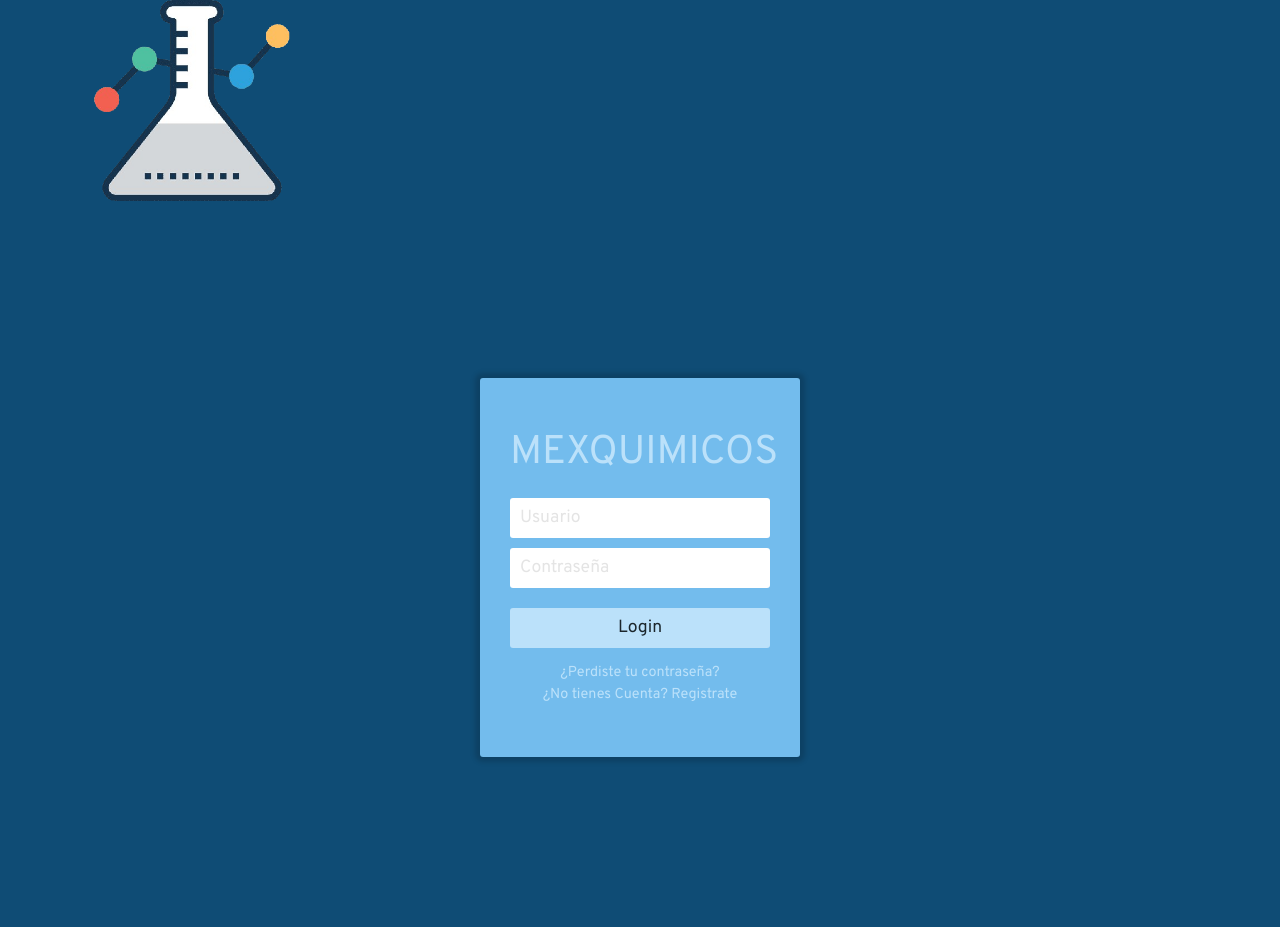
Repository: iDiv3r/MexiQuimicosIsay
Page: Index.html
The author's editor kept a copy of each file at every save. The page is drawn from the files as they stood at one save, then again after the next save.
The browser window is 1280 px wide. The pictures show the whole page.

Above is the page before, as saved 2023-11-26 16:08:44.

### Index.html
<!doctype html>
<html lang="es">

    <head>

        <meta charset="utf-8">

        <title> Formulario de Acceso </title>

        <meta name="viewport" content="width=device-width, initial-scale=1.0">
        <meta name="author" content="Videojuegos & Desarrollo">
        <meta name="description" content="Muestra de un formulario de acceso en HTML y CSS">
        <meta name="keywords" content="Formulario Acceso, Formulario de LogIn">

        <link href="https://fonts.googleapis.com/css?family=Nunito&display=swap" rel="stylesheet">
        <link href="https://fonts.googleapis.com/css?family=Overpass&display=swap" rel="stylesheet">
        <link rel="stylesheet" href="css/login.css">

        <style type="text/css">

        </style>

        <script type="text/javascript">

        </script>

    </head>
    <body>
        <img src="img/L1.png" alt="logo" class="logo">
        <div id="contenedor">
            <div id="central">
                <div id="login">
                    <div class="titulo">
                        MEXQUIMICOS
                    </div>
                    <form action="Controller.php" method="post">
                        <input type="text" name="txtCorreo" placeholder="Usuario" required>
                        <input type="password" placeholder="Contraseña" name="txtPass" required>
                        <button type="submit" title="Ingresar" name="btnIng">Login</button>
                    </form>
                    <div class="pie-form">
                        <a href="#">¿Perdiste tu contraseña?</a>
                        <a href="#">¿No tienes Cuenta? Registrate</a>
                    </div>
                </div>
            </div>
        </div>
    </body>
</html>

### css/login.css
body {
    font-family: 'Overpass', sans-serif;
    font-weight: normal;
    font-size: 100%;
    color: #9bcee9;

    margin: 0;
    background-color: #0f4c75;
}

#contenedor {
    display: flex;
    align-items: center;
    justify-content: center;

    margin: 0;
    padding: 0;
    min-width: 100vw;
    min-height: 100vh;
    width: 100%;
    height: 100%;
}

#central {
    max-width: 320px;
    width: 100%;
}

.titulo {
    font-size: 250%;
    color:#bbe1fa;
    text-align: center;
    margin-bottom: 20px;
}

#login {
    width: 100%;
    padding: 50px 30px;
    background-color: #73bced;

    -webkit-box-shadow: 0px 0px 5px 5px rgba(0,0,0,0.15);
    -moz-box-shadow: 0px 0px 5px 5px rgba(0,0,0,0.15);
    box-shadow: 0px 0px 5px 5px rgba(0,0,0,0.15);

    border-radius: 3px 3px 3px 3px;
    -moz-border-radius: 3px 3px 3px 3px;
    -webkit-border-radius: 3px 3px 3px 3px;

    box-sizing: border-box;
}

#login input {
    font-family: 'Overpass', sans-serif;
    font-size: 110%;
    color: #1b262c;

    display: block;
    width: 100%;
    height: 40px;

    margin-bottom: 10px;
    padding: 5px 5px 5px 10px;

    box-sizing: border-box;

    border: none;
    border-radius: 3px 3px 3px 3px;
    -moz-border-radius: 3px 3px 3px 3px;
    -webkit-border-radius: 3px 3px 3px 3px;
}

#login input::placeholder {
    font-family: 'Overpass', sans-serif;
    color: #E4E4E4;
}

#login button {
    font-family: 'Overpass', sans-serif;
    font-size: 110%;
    color:#1b262c;
    width: 100%;
    height: 40px;
    border: none;

    border-radius: 3px 3px 3px 3px;
    -moz-border-radius: 3px 3px 3px 3px;
    -webkit-border-radius: 3px 3px 3px 3px;

    background-color: #bbe1fa;

    margin-top: 10px;
}

#login button:hover {
    background-color: #5ccef4;
    color:#bbe1fa;
}

.pie-form {
    font-size: 90%;
    text-align: center;
    margin-top: 15px;
}

.pie-form a {
    display: block;
    text-decoration: none;
    color: #bbe1fa;
    margin-bottom: 3px;
}

.pie-form a:hover {
    color: #0f4c75;
}

.inferior {
    margin-top: 10px;
    font-size: 90%;
    text-align: center;
}

.inferior a {
    display: block;
    text-decoration: none;
    color: #bbe1fa;
    margin-bottom: 3px;
}

.inferior a:hover {
    color: #3282b8;
}

.logo{
    image-rendering: auto;
    border-image: no-repeat;
    width: 30%;
    height: 30%;
    border : 0;
}

After the next save:
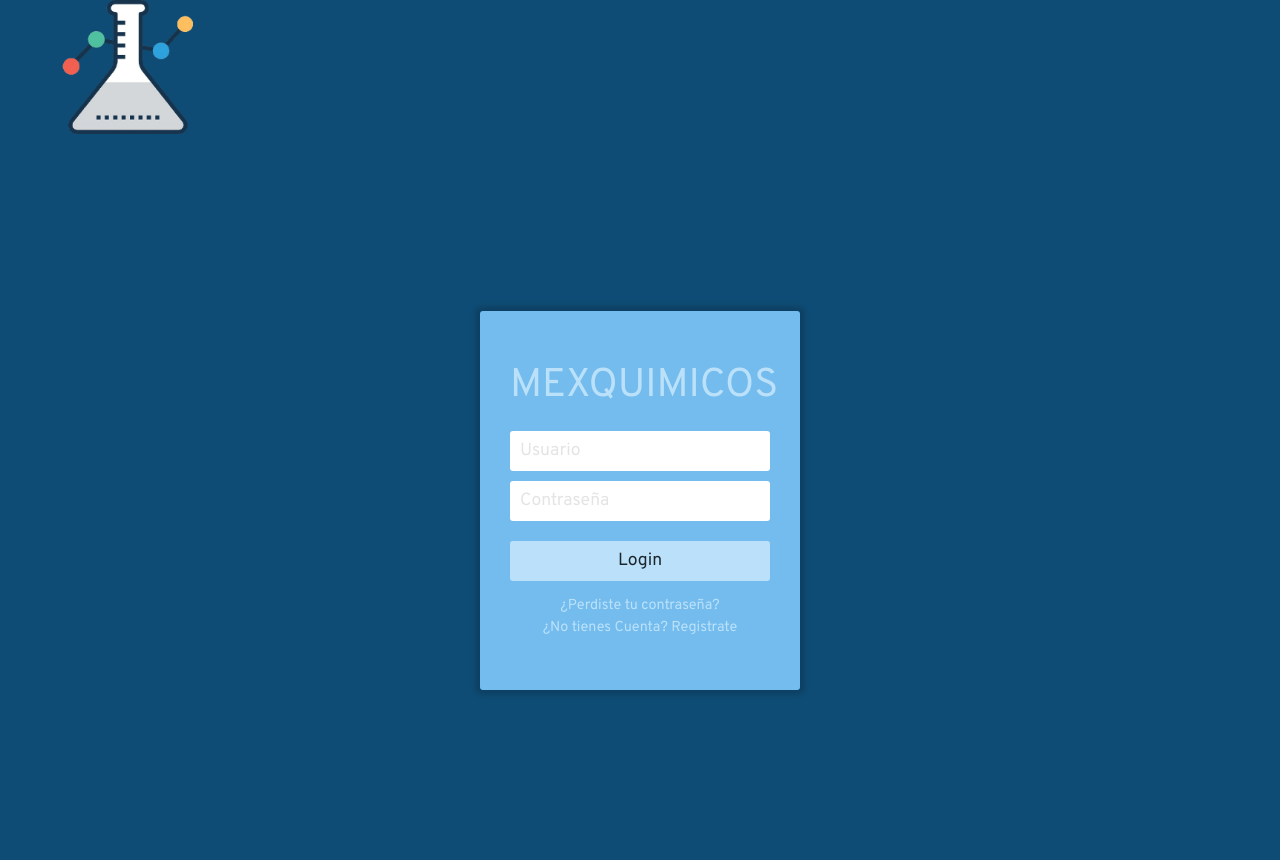
Saved 9 s later.
--- a/css/login.css
+++ b/css/login.css
@@ -133,7 +133,7 @@ body {
 .logo{
     image-rendering: auto;
     border-image: no-repeat;
-    width: 30%;
-    height: 30%;
+    width: 20%;
+    height: 20%;
     border : 0;
 }
